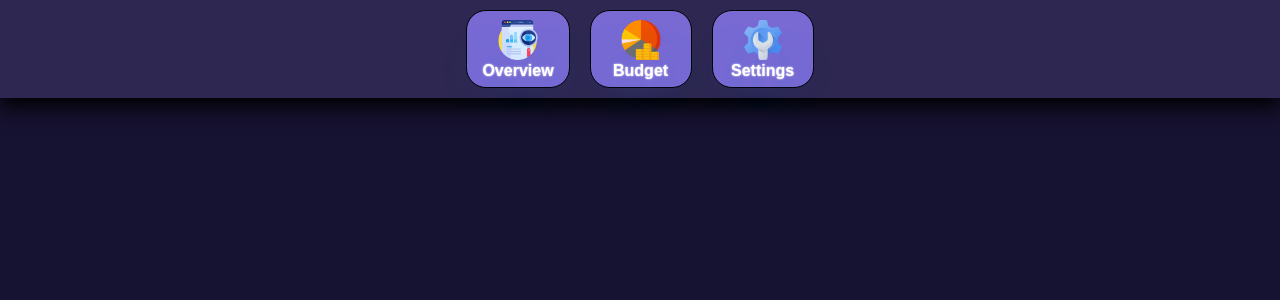
Repository: Minkeani/Money-Manager
Page: /Overview
An editor plug-in stored every save of this project. The page is shown before and after the next save, followed by the edit.
The browser window is 1280 px wide. The pictures show the whole page.
The project was rebuilt for these pictures with package versions that can differ from the ones it lists, and the page was loaded fresh each time. Also part of the build but not shown: src/components/Budget/Budget.jsx, src/components/Settings/Settings.jsx, src/components/NotFound/NotFound.jsx.

Above is the page before, as saved 2022-07-13 13:41:17.

### src/index.js
import React from 'react';
import ReactDOM from 'react-dom/client';
import './styles/index.css'
import App from './App';

const root = ReactDOM.createRoot(document.getElementById('root'));
root.render(
    <App />
);

### src/styles/index.css
:root {
  --color-theme: #161231;
	--color-white: #fff;
	--color-black: #000;
	--color-dark-gray: #10100e;
	--color-yellow: #ffff00;
	--color-blue: #6884fb;
	--color-red: #f75d83;
	--font-bold: 600;
	--color-violet: #ae72c2;
	--text-shadow-yellow:
		0 0 2px var(--color-white),
		0 0 40px var(--color-blue);

	--spacing-medium: 20px;

	--spacing-small: 10px;

	--spacing-ultra-small: 5px;

	--spacing-large: 30px;

	--font-family-main: sans-serif;

	--border-radius-small: 3px;

	--border-radius-medium: 5px;

	--margin-list: 7px;

	--font-size-main: 16px;

	--font-size-header: 26px;

	--font-size-subheader: 18px;

	/* Theme */
	--theme-light-header: #dfe2df;

	--theme-dark-header: #ca6ca6;

	--theme-neitral-header: #cccc46;

	--theme-default-header: var(--theme-neitral-header);

	--transition: .4s;

	--theme-light-bg-img: linear-gradient(to top, #b7b7b7, #a396b0, #9a72a0, #984986, #960062);

	--theme-dark-bg-img:  linear-gradient(to top, #6a2b60, #532143, #3b192b, #221118, #000000);

	--width-max: 1200px

}
body {
  margin: 0;
	padding: 0;
	background-color: var(--color-theme);
  font-family: -apple-system, BlinkMacSystemFont, 'Segoe UI', 'Roboto', 'Oxygen',
    'Ubuntu', 'Cantarell', 'Fira Sans', 'Droid Sans', 'Helvetica Neue',
    sans-serif;
  -webkit-font-smoothing: antialiased;
  -moz-osx-font-smoothing: grayscale;
}

code {
  font-family: source-code-pro, Menlo, Monaco, Consolas, 'Courier New',
    monospace;
}

### src/App.js
import styles from './App.module.css';
import Header from './components/Header/Header';
import RoutesConfig from './routes/RoutesConfig';
import { Routes, Route, BrowserRouter, Router } from 'react-router-dom';

function App() {
  return (
    <div className={styles.App}>
      <BrowserRouter>
        <div className={styles.wrapper}>
          <Header/>
            <Routes>
              {RoutesConfig.map((route, index) => (
                <Route
                  key={index}
                  exact={route.exact}
                  element={<route.element/>}
                  path={route.path}
                />
              ))}
            </Routes>
        </div>
      </BrowserRouter>
    </div>
  );
}

export default App;

### src/App.module.css
.App {
  text-align: center;
  display: flex;
  justify-content: center;
  align-items: center;
  margin: 0 auto;
}

.App-logo {
  height: 40vmin;
  pointer-events: none;
}

.wrapper {
  width: 100%;
}

@media (prefers-reduced-motion: no-preference) {
  .App-logo {
    animation: App-logo-spin infinite 20s linear;
  }
}

.App-header {
  background-color: #282c34;
  min-height: 100vh;
  display: flex;
  flex-direction: column;
  align-items: center;
  justify-content: center;
  font-size: calc(10px + 2vmin);
  color: white;
}

.App-link {
  color: #61dafb;
}

@keyframes App-logo-spin {
  from {
    transform: rotate(0deg);
  }
  to {
    transform: rotate(360deg);
  }
}

### src/components/Header/Header.jsx
import React, {useState} from 'react'
import styles from './Header.module.scss'
import { Link } from 'react-router-dom';
import Budget from '../../icons/budget.svg'
import overview from '../../icons/Overview.svg'
import settings from '../../icons/settings.svg'


export default function Header() {
  const [active, setActive] = useState(1)

  return (
    <div className={styles.container}>
    <ul className={styles.list__container}>
        <li
          onClick={() => setActive(1)}
          className={active === 1 ? styles.active : ''}
        >
            <Link to='/Overview' exact='true' >
                 <img src={overview} alt="" />
                Overview</Link>
        </li>
        <li
          onClick={() => setActive(2)}
          className={active === 2 ? styles.active : ''}
          >
            <Link to='/Budget' exact='true' >
               <img src={Budget} alt="" />
              Budget</Link></li>
        <li
           onClick={() => setActive(3)}
           className={active === 3 ? styles.active : ''}
          >
            <Link to="/Settings" exact='true'>
              <img src={settings} alt="" />
              Settings</Link></li>
    </ul>

    </div>
  )
}

### src/routes/RoutesConfig.js
import Budget from "../components/Budget/Budget"
import Overview from "../components/Overview/Overview"
import Settings from "../components/Settings/Settings"
import NotFound from "../components/NotFound/NotFound"

const RoutesConfig = [
    {
        path: '/Budget',
        exact: true,
        element: Budget
    },
    {
        path: '/Overview',
        exact: true,
        element: Overview
    },
    {
        path: '/Settings',
        exact: true,
        element: Settings
    }, {
        path: '/NotFound',
        exact: true,
        element: NotFound
    },

]

export default RoutesConfig

### src/components/Header/Header.module.scss
.container {
    display: flex;
    align-items: center;
    justify-content: center;
    margin-bottom: var(--spacing-large);
    background-color: #2d2751;
    width: 100%;
    box-shadow: 0px 7px 20px 2px ;
}
.list__container {
    display: flex;
    flex-wrap: wrap;
    margin: 0;
    padding: 0;
    list-style-type: none;
}

.list__container li {
    background-color: #7869d3;
    flex-direction: column;
    border: 1px solid black;
    margin: 10px;
    border-radius: 20px;
    cursor: pointer
}

.list__container li:hover {
    background-color: var(--color-violet);

}



.list__container a {
    display: flex;
    align-items: center;
    flex-direction: column;
    margin: 0 10px;
    padding: 5px 3px;
    min-width: 70px;
    border: 2px solid transparent;
    border-radius: var(--border-radius-small);
    color: var(--color-white);
    text-align: center;
    font-family: var(--font-family-main);
    text-decoration: none;
    font-weight: var(--font-bold);
    text-shadow: var(--text-shadow-yellow);
    transition: var(--transition);
}

.active {
    background-color: red;
}



.list__container img {
    height: 2.5rem;
    margin: 0.1375rem;
    width: 2.5rem;
}
.list__container :global(a.active) {
    border: 2px solid var(--color-violet);
    color: var(--color-violet);
    text-shadow: none;
}

.logo {
    width: 60px;
    height: 60px;
    margin-right: var(--spacing-large);
    object-fit: cover;
    object-position: center center;
}

### src/components/Overview/Overview.jsx
import React from 'react'

export default function Overview() {
  return (
    <div>
    </div>
  )
}

Loaded but not shown: public/index.html (common file)

After the next save:
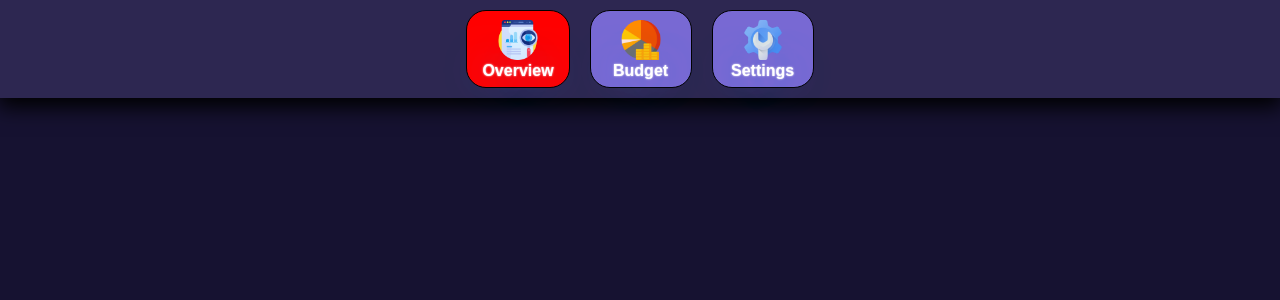
Saved 17 s later.
--- a/src/components/Header/Header.module.scss
+++ b/src/components/Header/Header.module.scss
@@ -49,7 +49,7 @@
     transition: var(--transition);
 }
 
-.active {
+.list__container .active {
     background-color: red;
 }
 
